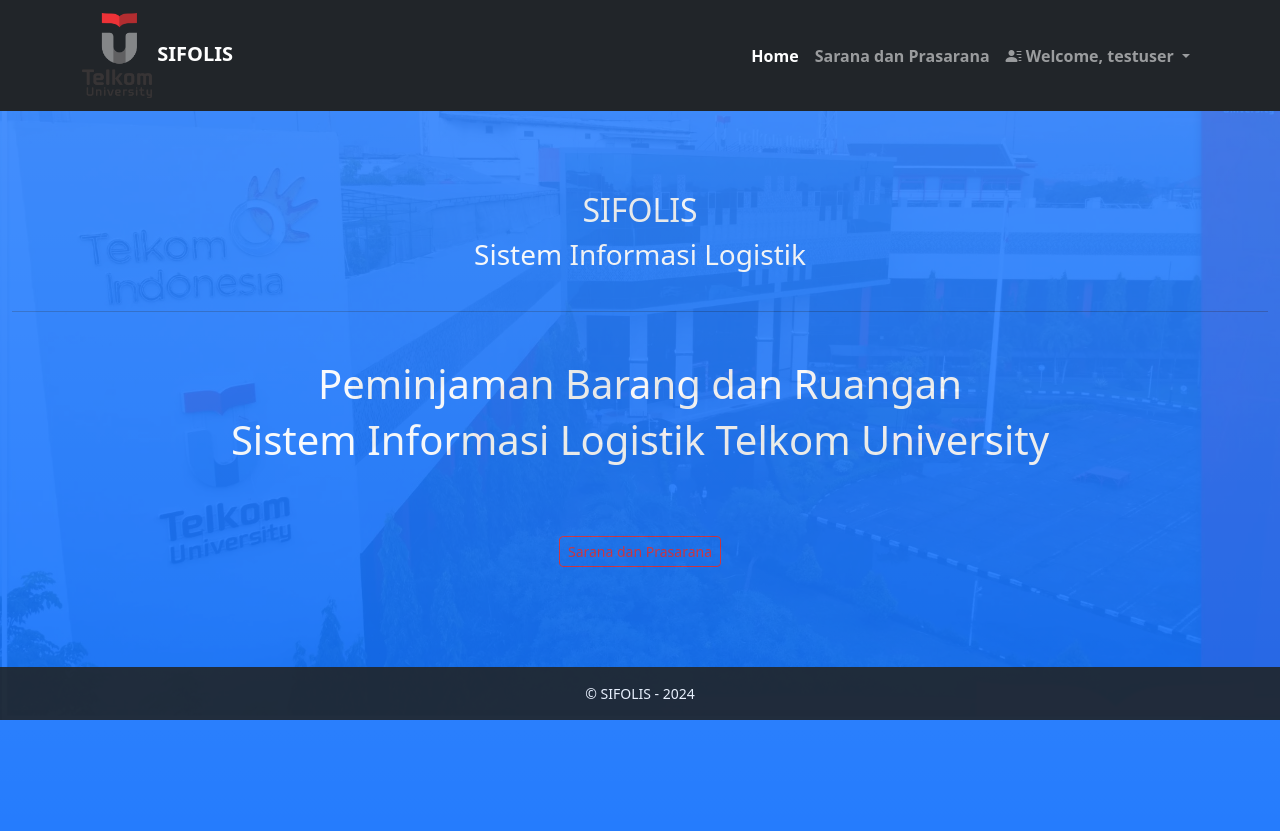
Repository: Audi87/uas_framework
Page: http://localhost/
These files come from the project's save history. The page is drawn as it stood at one moment and after the next save; the edit follows.
The browser window is 1280 px wide. The pictures show the whole page.
Some web libraries are served in a nearby version. The page is served by the project's Laravel application, run on PHP 8.4 with Laravel 10. A made-up administrator, Test User (test@example.com), is signed in.

Above is the page before, as saved 2024-06-13 20:28:24.

After the next save:
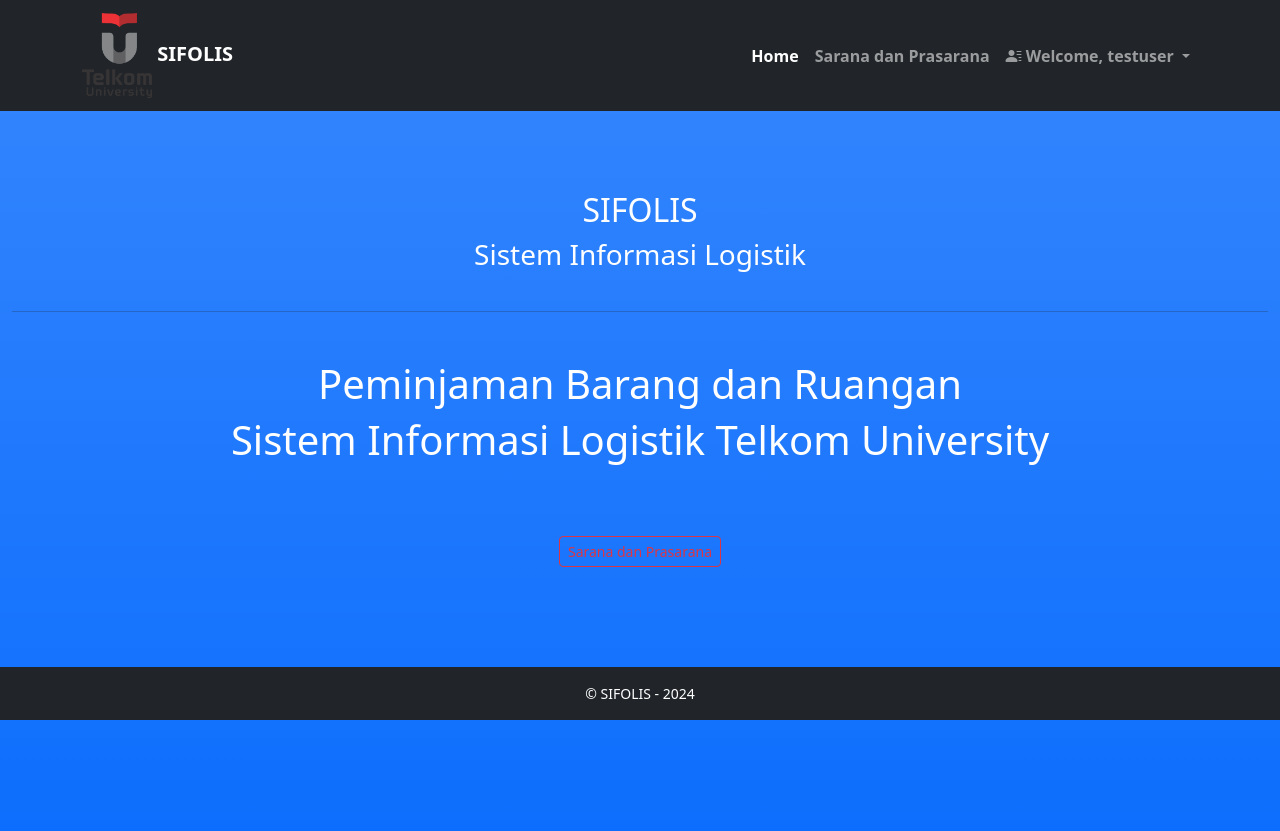
Saved 22 s later.
--- a/public/css/style.css
+++ b/public/css/style.css
@@ -8,7 +8,7 @@
 }
 
 .container-fluid {
-    opacity: 0.9;
+
     min-height: 100%; /* Pastikan kontainer memiliki tinggi minimal 100% dari tinggi viewport */
 }
 
